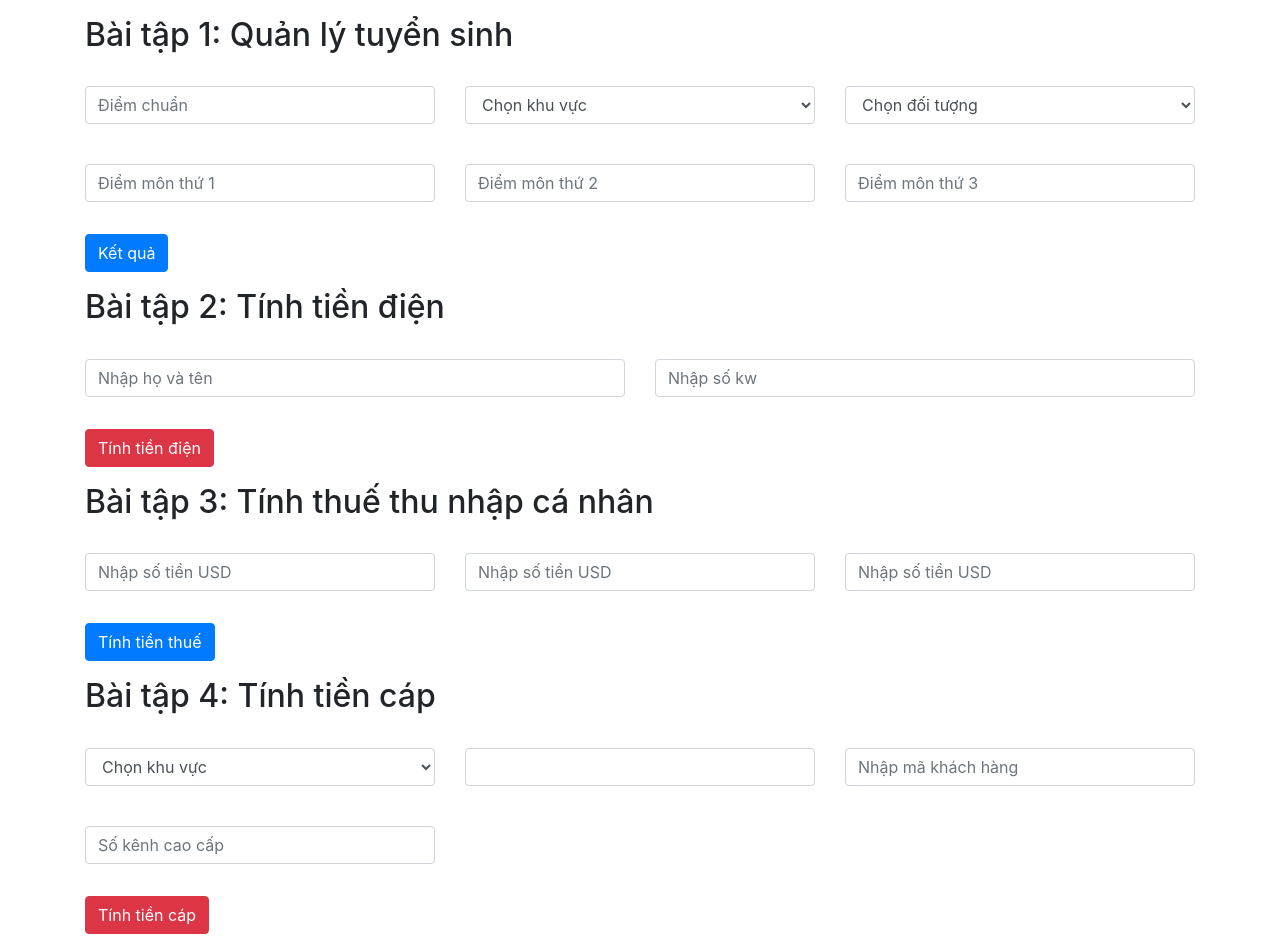
Repository: thanhfrankie/BC10-LeMinhThanh-Js-b5
Page: index.html
An editor plug-in stored every save of this project. The page is shown before and after the next save, followed by the edit.
The browser window is 1280 px wide. The pictures show the whole page.

Above is the page before, as saved 2023-12-24 01:16:45.

After the next save:
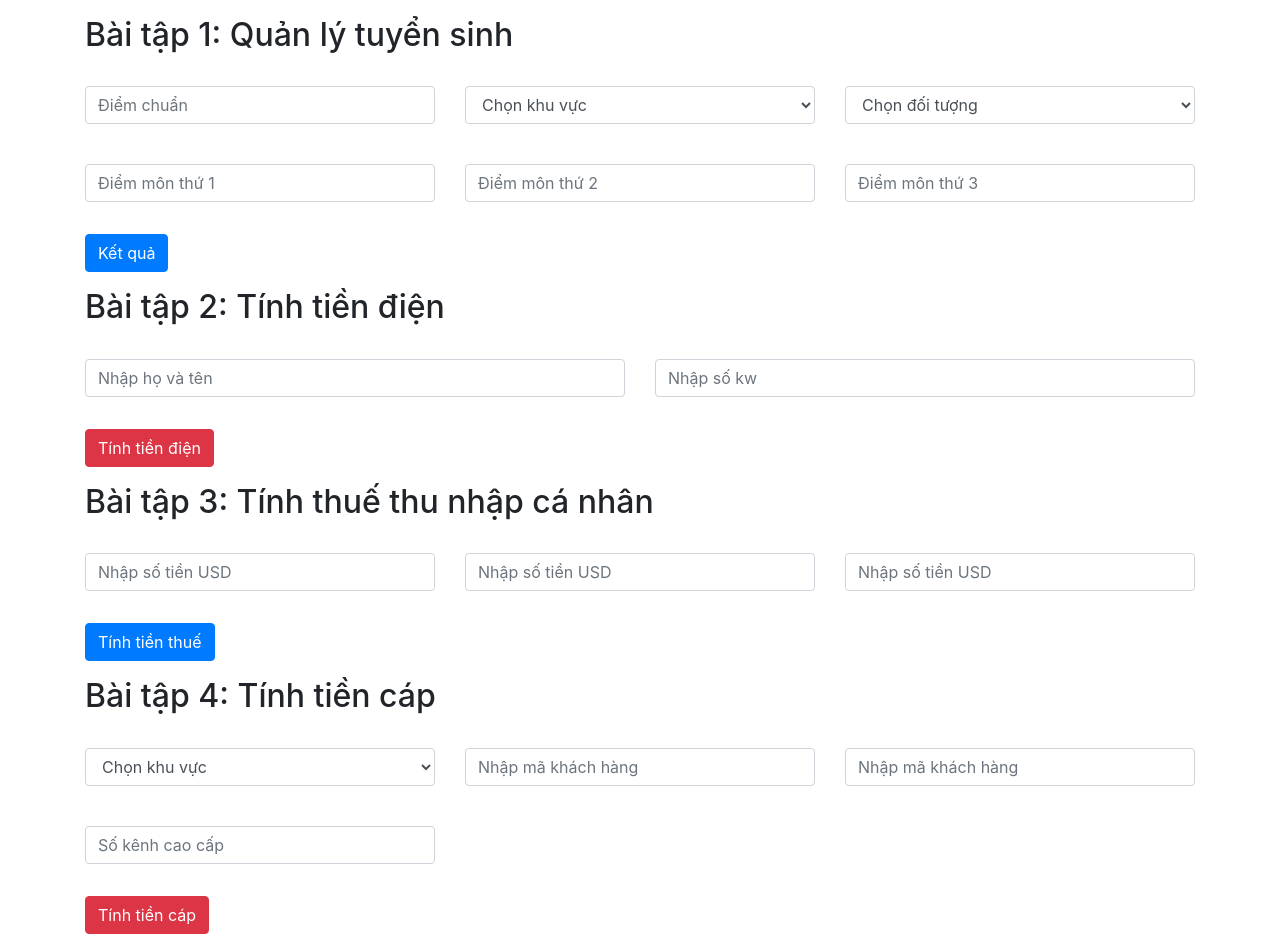
Saved 75 s later.
--- a/index.html
+++ b/index.html
@@ -227,6 +227,7 @@
               name=""
               id="khu-vuc"
               aria-describedby="helpId"
+              placeholder="Nhập mã khách hàng"
               required
             />
           </div>
